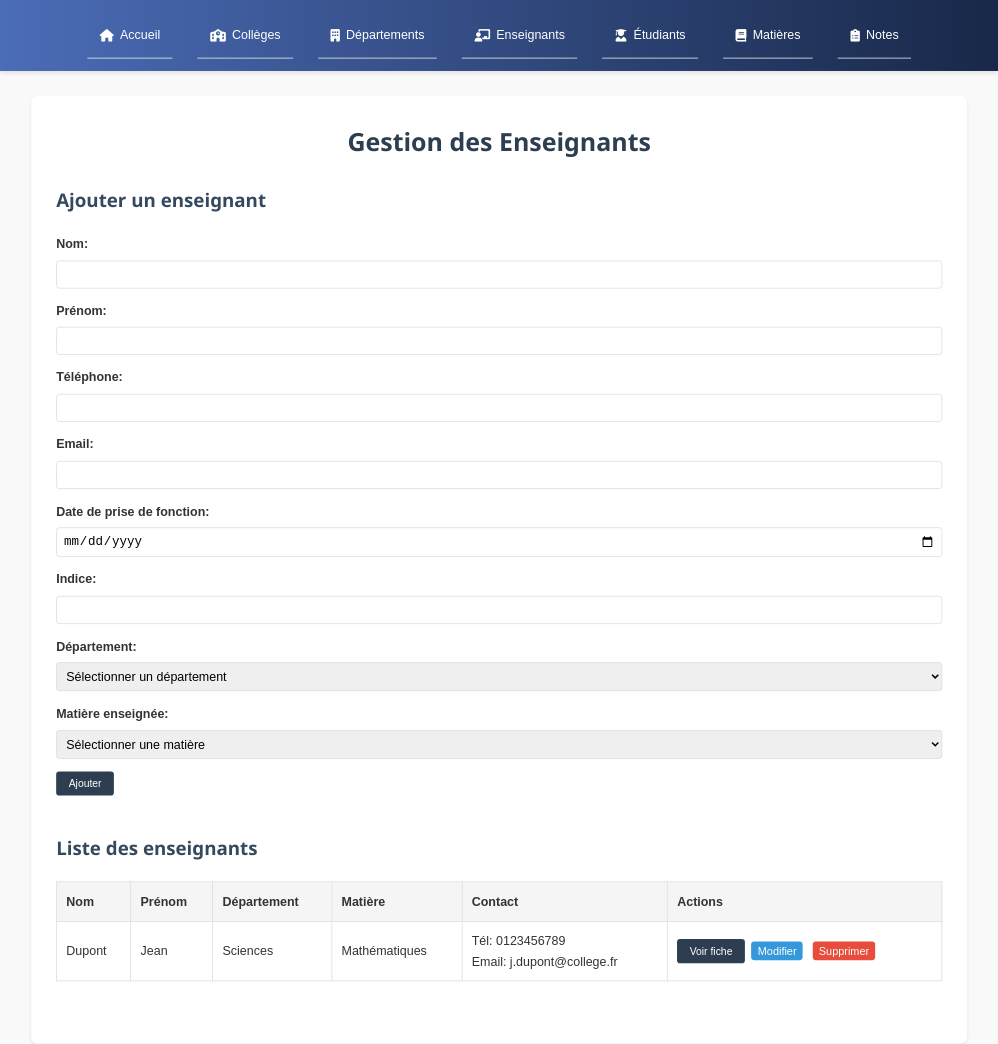
Repository: Ishimw3/college-management
Page: pages/teachers.html
An editor plug-in stored every save of this project. The page is shown before and after the next save, followed by the edit.
The browser window is 1280 px wide. The pictures show the whole page, at 78% of full size.

Above is the page before, as saved 2025-02-24 20:17:34.
Console error: ReferenceError: data is not defined

After the next save:
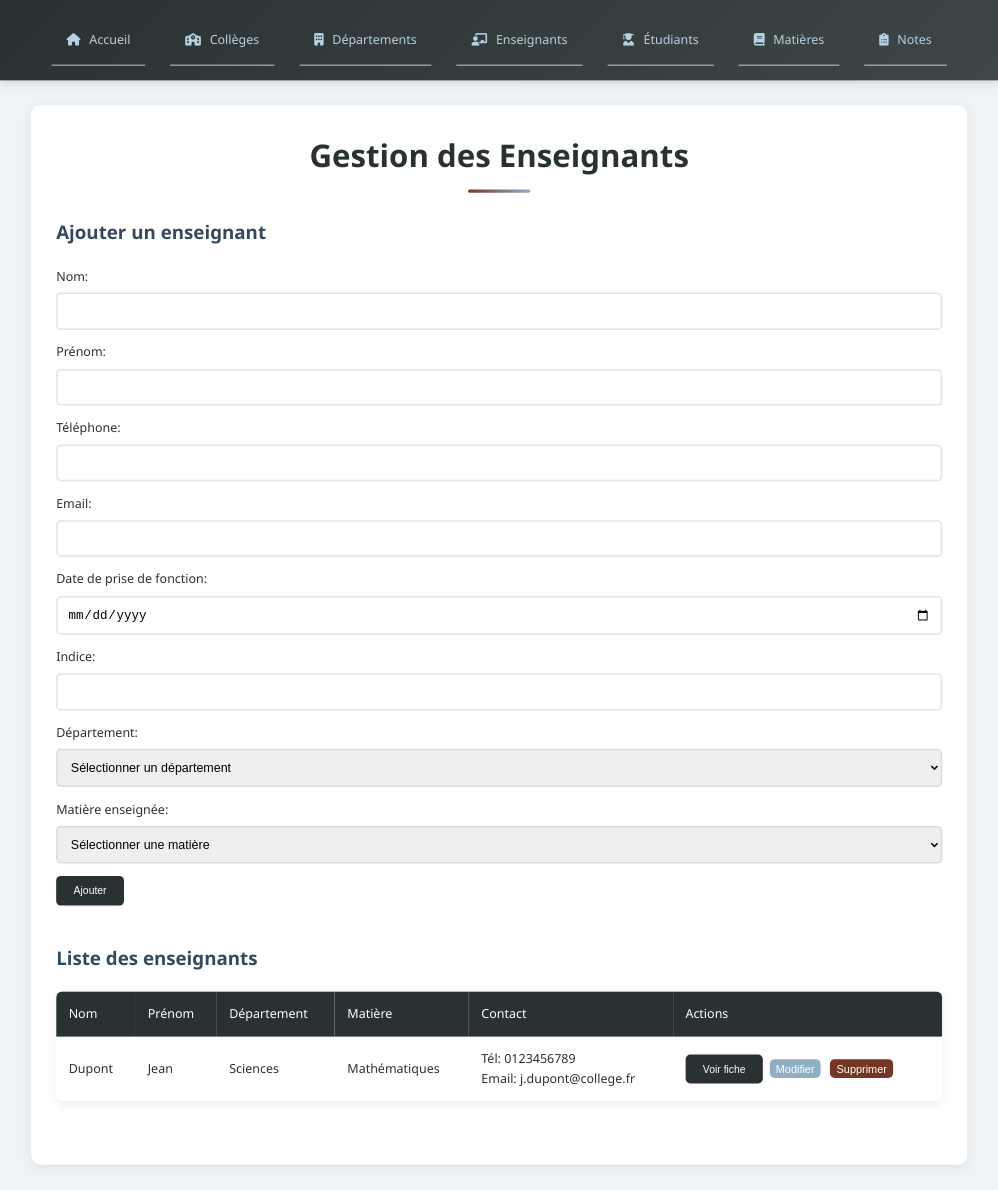
Saved 8 min 37 s later.
--- a/assets/css/main.css
+++ b/assets/css/main.css
@@ -1,3 +1,12 @@
+:root {
+    --charcoal: #2A3132;
+    --rust: #763626;
+    --sky-blue: #90AFC5;
+    --light-sky: #b8d1e0;
+    --dark-rust: #562419;
+    --light-charcoal: #3d4748;
+}
+
 /* Reset et styles de base */
 * {
     margin: 0;
@@ -6,18 +15,17 @@
 }
 
 body {
-    font-family: Arial, sans-serif;
+    font-family: 'Segoe UI', Tahoma, Geneva, Verdana, sans-serif;
     line-height: 1.6;
-    color: #333;
-    background-color: #f9f9f9;
+    color: var(--charcoal);
+    background-color: #f0f3f5;
 }
 
 /* Navigation */
 nav {
-    background: linear-gradient(90deg, #4b6cb7, #182848);
-    padding: 1rem;
-    margin-bottom: 2rem;
-    box-shadow: 0 4px 6px rgba(0, 0, 0, 0.1);
+    background: linear-gradient(135deg, var(--charcoal), var(--light-charcoal));
+    padding: 1.2rem;
+    box-shadow: 0 4px 12px rgba(42, 49, 50, 0.2);
 }
 
 nav ul {
@@ -30,37 +38,52 @@ nav ul {
 }
 
 nav a {
-    color: white;
+    color: var(--light-sky);
     text-decoration: none;
-    padding: 0.5rem 1rem;
-    border-radius: 4px;
-    transition: background-color 0.3s, transform 0.3s;
+    padding: 0.7rem 1.2rem;
+    border-radius: 6px;
+    transition: all 0.3s ease;
     display: flex;
     align-items: center;
-    gap: 0.5rem;
+    gap: 0.7rem;
 }
 
 nav a:hover {
-    background-color: #34495e;
-    transform: scale(1.05);
+    background-color: var(--rust);
+    transform: translateY(-2px);
+    color: white;
 }
 
 /* Conteneur principal */
 .container {
     max-width: 1200px;
-    margin: 0 auto;
+    margin: 2rem auto;
     padding: 2rem;
     background-color: white;
-    border-radius: 8px;
-    box-shadow: 0 2px 4px rgba(0,0,0,0.1);
+    border-radius: 12px;
+    box-shadow: 0 4px 16px rgba(42, 49, 50, 0.08);
 }
 
 /* En-têtes */
 h1 {
     margin-bottom: 2rem;
-    color: #2c3e50;
-    font-family: 'Segoe UI', Tahoma, Geneva, Verdana, sans-serif;
+    color: var(--charcoal);
+    font-size: 2.5rem;
     text-align: center;
+    position: relative;
+    padding-bottom: 1rem;
+}
+
+h1:after {
+    content: '';
+    position: absolute;
+    bottom: 0;
+    left: 50%;
+    transform: translateX(-50%);
+    width: 80px;
+    height: 4px;
+    background: linear-gradient(90deg, var(--rust), var(--sky-blue));
+    border-radius: 2px;
 }
 
 h2, h3 {
@@ -82,52 +105,74 @@ h2, h3 {
 label {
     display: block;
     margin-bottom: 0.5rem;
-    font-weight: bold;
+    font-weight: 500;
+    color: var(--charcoal);
 }
 
 input, select {
     width: 100%;
-    padding: 0.5rem;
-    border: 1px solid #ddd;
-    border-radius: 4px;
+    padding: 0.8rem;
+    border: 2px solid rgba(144, 175, 197, 0.3);
+    border-radius: 6px;
     font-size: 1rem;
+    transition: all 0.3s ease;
+}
+
+input:focus, select:focus {
+    border-color: var(--sky-blue);
+    outline: none;
+    box-shadow: 0 0 0 3px rgba(144, 175, 197, 0.2);
 }
 
 button {
-    padding: 0.5rem 1rem;
-    background: #2c3e50;
+    padding: 0.7rem 1.4rem;
+    background: var(--charcoal);
     color: white;
     border: none;
-    border-radius: 4px;
+    border-radius: 6px;
     cursor: pointer;
-    transition: background-color 0.3s;
+    transition: all 0.3s ease;
+    font-weight: 500;
 }
 
 button:hover {
-    background: #34495e;
+    background: var(--rust);
+    transform: translateY(-2px);
 }
 
 /* Tableaux */
 table {
     width: 100%;
-    border-collapse: collapse;
-    margin: 1rem 0;
+    border-collapse: separate;
+    border-spacing: 0;
+    margin: 1.5rem 0;
     background-color: white;
+    border-radius: 8px;
+    overflow: hidden;
+    box-shadow: 0 4px 12px rgba(42, 49, 50, 0.08);
 }
 
 th, td {
-    border: 1px solid #ddd;
-    padding: 0.75rem;
+    padding: 1rem;
     text-align: left;
 }
 
 th {
-    background: #f5f5f5;
-    font-weight: bold;
+    background: var(--charcoal);
+    color: white;
+    font-weight: 500;
+}
+
+td {
+    border-bottom: 1px solid rgba(144, 175, 197, 0.2);
 }
 
 tr:nth-child(even) {
     background-color: #f9f9f9;
+}
+
+tr:hover {
+    background-color: rgba(144, 175, 197, 0.1);
 }
 
 /* Boutons dans les tableaux */
@@ -138,11 +183,11 @@ tr:nth-child(even) {
 }
 
 .btn-edit {
-    background: #3498db;
+    background: var(--sky-blue);
 }
 
 .btn-delete {
-    background: #e74c3c;
+    background: var(--rust);
 }
 
 /* Cartes */
@@ -203,22 +248,25 @@ tr:nth-child(even) {
 .stat-card {
     background: white;
     padding: 1.5rem;
-    border-radius: 8px;
-    box-shadow: 0 2px 4px rgba(0,0,0,0.1);
-    transition: transform 0.3s;
+    border-radius: 12px;
+    box-shadow: 0 4px 12px rgba(42, 49, 50, 0.08);
+    transition: all 0.3s ease;
+    border: 1px solid rgba(144, 175, 197, 0.2);
 }
 
 .stat-card:hover {
     transform: translateY(-5px);
+    box-shadow: 0 8px 24px rgba(42, 49, 50, 0.12);
 }
 
 .stat-item {
     display: flex;
     flex-direction: column;
     align-items: center;
-    padding: 1rem;
-    background: #f8f9fa;
+    padding: 1.5rem;
+    background: linear-gradient(135deg, #f8f9fa, #fff);
     border-radius: 8px;
+    border: 1px solid rgba(144, 175, 197, 0.3);
 }
 
 .stat-label {
@@ -227,10 +275,11 @@ tr:nth-child(even) {
     margin-bottom: 0.5rem;
 }
 
-stat-value {
-    font-size: 1.5rem;
+.stat-value {
+    font-size: 2rem;
     font-weight: bold;
-    color: #2c3e50;
+    color: var(--rust);
+    margin-top: 0.5rem;
 }
 
 /* Filtres */
@@ -239,9 +288,10 @@ stat-value {
     grid-template-columns: repeat(auto-fit, minmax(200px, 1fr));
     gap: 1rem;
     margin-bottom: 1.5rem;
-    padding: 1rem;
-    background: #f8f9fa;
-    border-radius: 8px;
+    padding: 1.5rem;
+    background: linear-gradient(135deg, #f8f9fa, #fff);
+    border: 1px solid rgba(144, 175, 197, 0.3);
+    border-radius: 12px;
 }
 
 /* Liste sans puces */
@@ -257,15 +307,15 @@ ul li {
 
 /* États des salles */
 .rooms-list td:last-child {
-    font-weight: bold;
+    font-weight: 500;
 }
 
 .rooms-list td:last-child:contains('Disponible') {
-    color: #28a745;
+    color: #2ecc71;
 }
 
 .rooms-list td:last-child:contains('En cours') {
-    color: #dc3545;
+    color: var(--rust);
 }
 
 /* Améliorations pour l'impression */
